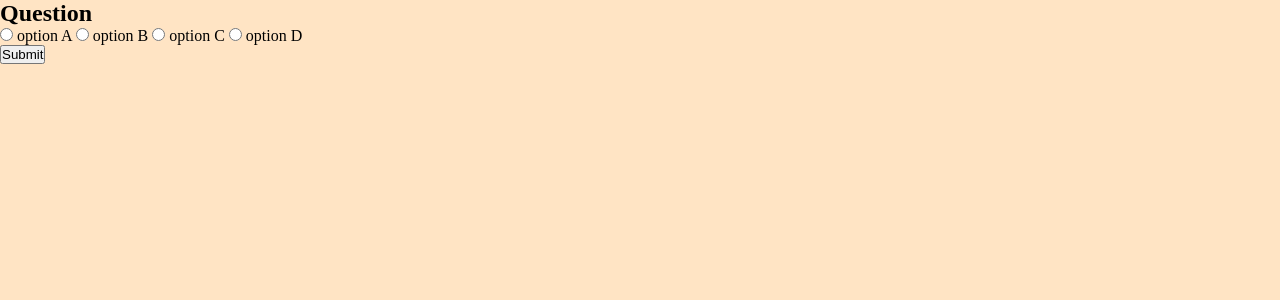
Repository: JunaidAnsari202/Quiz-App
Page: index.html
These files come from the project's save history. The page is drawn as it stood at one moment and after a run of saves; the edit follows.
The browser window is 1280 px wide. The pictures show the whole page.

Above is the page before, as saved 2024-10-13 19:40:17.

### index.html
<!DOCTYPE html>
<html lang="en">
<head>
    <meta charset="UTF-8">
    <meta name="viewport" content="width=device-width, initial-scale=1.0">
    <title>Quiz app</title>
    <link rel="stylesheet" href="style.css">
</head>
<body>
     <div class="quiz-container">

        <h2 id="quiz-question">
            Question
        </h2>
        <ul>
            <li>
                <input type="radio" class="answer" id="option-a" name="quiz">
                 <label for="option-a" class="text_option_a">option A</label>

                 <input type="radio" class="answer" id="option-a"  name="quiz">
                 <label for="option-b" class="text_option_a">option B</label>

                 <input type="radio" class="answer" id="option-a"  name="quiz">
                 <label for="option-c" class="text_option_a">option C</label>

                 <input type="radio" class="answer" id="option-a"  name="quiz">
                 <label for="option-d" class="text_option_a">option D</label>
            </li>
        </ul>

        <button id="submit">Submit</button>

     </div>


    <script src="script.js"></script>
</body>
</html>

### style.css
*{
    margin: 0;
    padding: 0;
    box-sizing: border-box;
}

body{
    background-color: bisque;
    display: flex;
    justify-content: ;
}

Loaded but not shown: script.js (no copy from this time; the picture is the same without it)

After the next 3 saves:
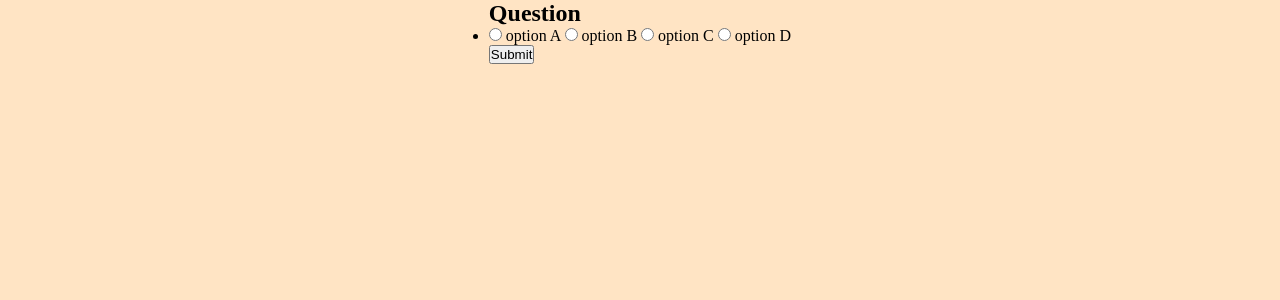
The 3 saves are shown as one change because they came seconds apart.
The last was saved 8 s later.
--- a/style.css
+++ b/style.css
@@ -7,5 +7,6 @@
 body{
     background-color: bisque;
     display: flex;
-    justify-content: ;
+    justify-content: center;
+
 }
